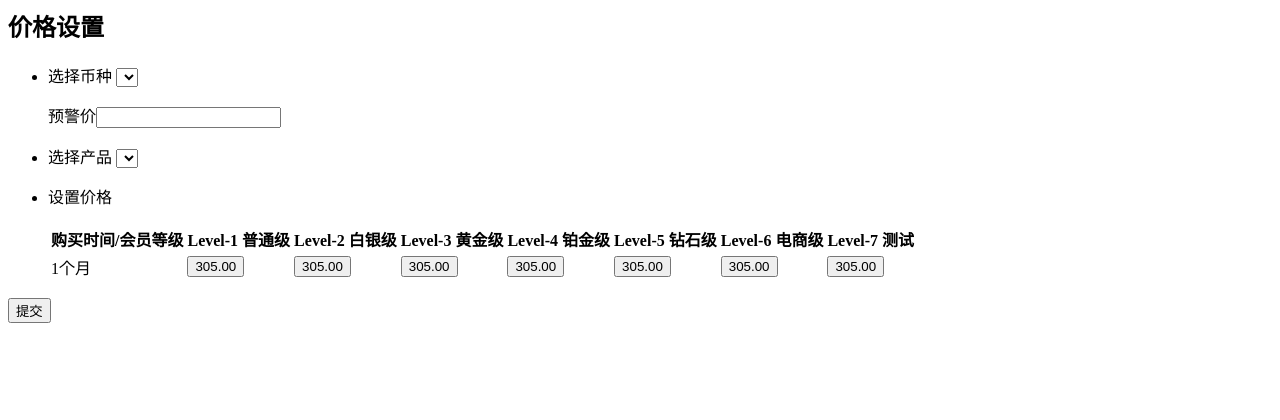
Repository: wangyan466393/racentSystem
Page: priceSetting.html
These files come from the project's save history. The page is drawn as it stood at one moment and after the next save; the edit follows.
The browser window is 1280 px wide. The pictures show the whole page.

Above is the page before, as saved 2020-08-13 10:37:54.

### priceSetting.html
<div id="content_box">
    <h2>价格设置</h2>
<div class="config_box">
    <div class="price_content">
        <ul>
            <li>
                <p>
                    <span>选择币种</span>
                    <select name="" id="" class="config_inp">
                        <option value=""></option>
                    </select>
                </p>
                <p>
                    <span>预警价</span><input type="text" class="config_inp">
                </p>
            </li>
            <li>
                <p>
                    <span>选择产品</span>
                    <select name="" id="" class="config_inp">
                        <option value=""></option>
                    </select>
                </p>
            </li>

            <li>
               <p> <span>设置价格</span></p>
               <div class="priceData_box">
                <table id="price_tabledata" >
                    <thead>
                        <tr>
                            <th>购买时间/会员等级</th>
                            <th>Level-1 普通级</th>
                            <th>Level-2 白银级</th>
                            <th>Level-3 黄金级</th>
                            <th>Level-4 铂金级</th>
                            <th>Level-5 钻石级</th>
                            <th>Level-6 电商级</th>
                            <th>Level-7 测试</th>
                        </tr>
                    </thead>
                    <tbody>
                        <tr>
                            <td>1个月</td>
                            <td><button>305.00</button></td>
                            <td><button>305.00</button></td>
                            <td><button>305.00</button></td>
                            <td><button>305.00</button></td>
                            <td><button>305.00</button></td>
                            <td><button>305.00</button></td>
                            <td><button>305.00</button></td>
                        </tr>
                    </tbody>
                </table>
                </div>
            </li>

        </ul>
    </div>
</div>
</div>
<div class="email_back_btn">
    <button type="button">提交</button>
</div>

<script src="js/jquery-1.11.3.js"></script>
<script>
    getProductListsData();
    function getProductListsData() {
        var tableInfo = ""
        for (var i = 0; i < 15; i++) {    //遍历Table的所有Row
            tableInfo += `
            <li>
                <input type="checkbox"><label for="">PositiveSSL DV多域名SSL证书</label>
            </li>
            `
        }
        $(".right_content .intro").append(tableInfo)
    }
</script>

Loaded but not shown: js/jquery-1.11.3.js (library)

After the next save:
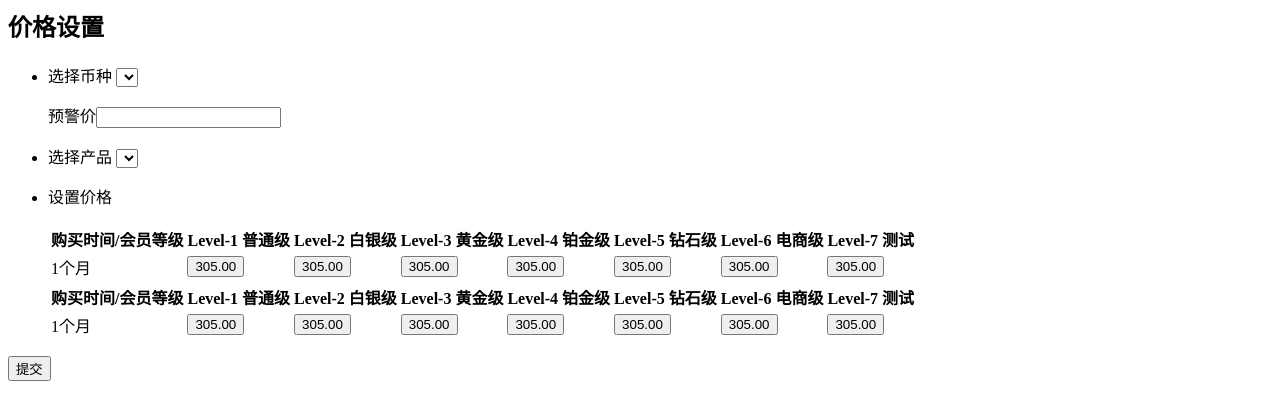
Saved 118 s later.
--- a/priceSetting.html
+++ b/priceSetting.html
@@ -52,6 +52,32 @@
                         </tr>
                     </tbody>
                 </table>
+                <table id="price_tabledata2" >
+                    <thead>
+                        <tr>
+                            <th>购买时间/会员等级</th>
+                            <th>Level-1 普通级</th>
+                            <th>Level-2 白银级</th>
+                            <th>Level-3 黄金级</th>
+                            <th>Level-4 铂金级</th>
+                            <th>Level-5 钻石级</th>
+                            <th>Level-6 电商级</th>
+                            <th>Level-7 测试</th>
+                        </tr>
+                    </thead>
+                    <tbody>
+                        <tr>
+                            <td>1个月</td>
+                            <td><button>305.00</button></td>
+                            <td><button>305.00</button></td>
+                            <td><button>305.00</button></td>
+                            <td><button>305.00</button></td>
+                            <td><button>305.00</button></td>
+                            <td><button>305.00</button></td>
+                            <td><button>305.00</button></td>
+                        </tr>
+                    </tbody>
+                </table>
                 </div>
             </li>
 
